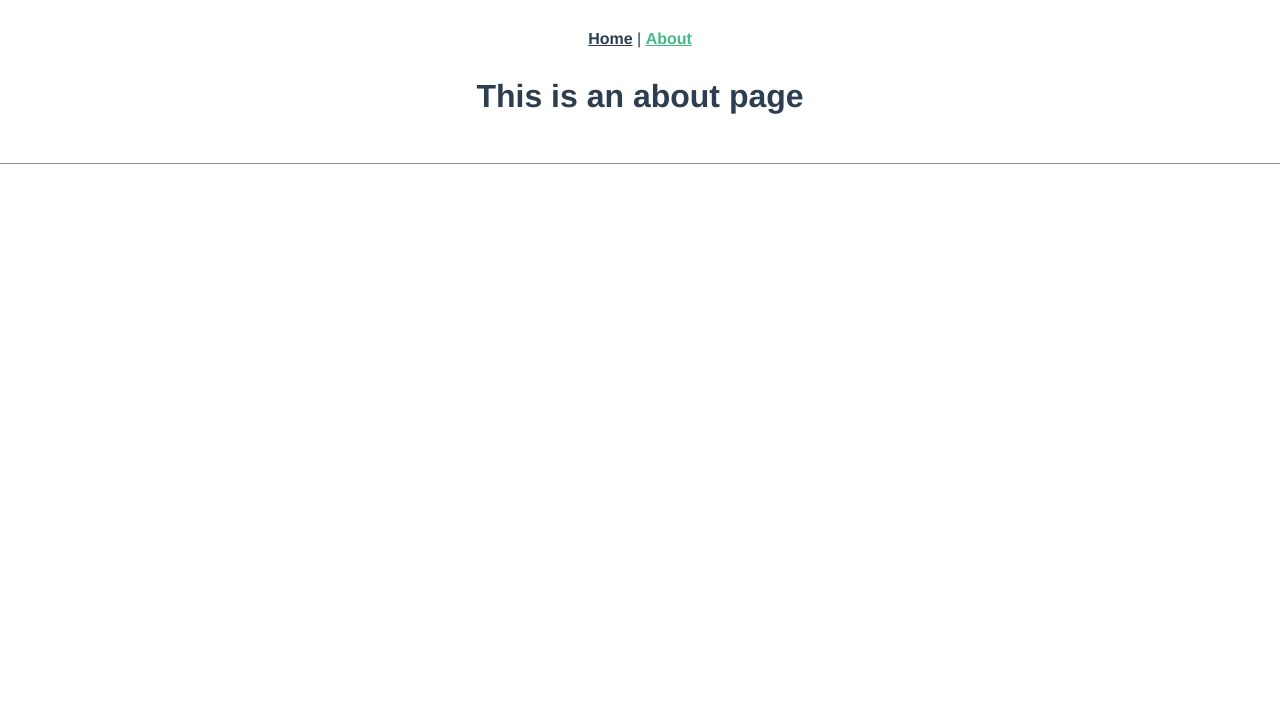
Repository: naotoshi-ikeda-creater/rails_vue
Page: /about (app in frontend/)
The author's editor kept a copy of each file at every save. The page is drawn from the files as they stood at one save, then again after the next save.
The browser window is 1280 px wide. The pictures show the whole page.
The page's requests for data from a server got no answer. The project was rebuilt for these pictures with package versions that can differ from the ones it lists, and the page was loaded fresh each time. No one was signed in, and anything a server would have sent is missing. Also part of the build but not shown: frontend/src/components/HelloWorld.vue, frontend/src/views/Home.vue.

Above is the page before, as saved 2020-03-05 23:05:54.

### frontend/src/main.js
import Vue from "vue";
import App from "./App.vue";
import router from "./router";
import store from "./store";
import Vuetify from "vuetify";
import "vuetify/dist/vuetify.min.css";

Vue.use(Vuetify); // 追加
const vuetify = new Vuetify(); // 追加

Vue.config.productionTip = false;

new Vue({
  router,
  store,
  vuetify,
  render: h => h(App)
}).$mount("#app");

### frontend/src/views/About.vue
<template>
  <div class="about">
    <h1>This is an about page</h1>

    <v-text-field v-model="input"></v-text-field>
    {{ input }}
  </div>
</template>

<script>
export default {
  data() {
    return {
      input: ""
    };
  }
};
</script>

Loaded but not shown: frontend/public/index.html (common file); frontend/src/App.vue (common file); frontend/src/router/index.js (common file); frontend/src/store/index.js (common file)

After the next save:
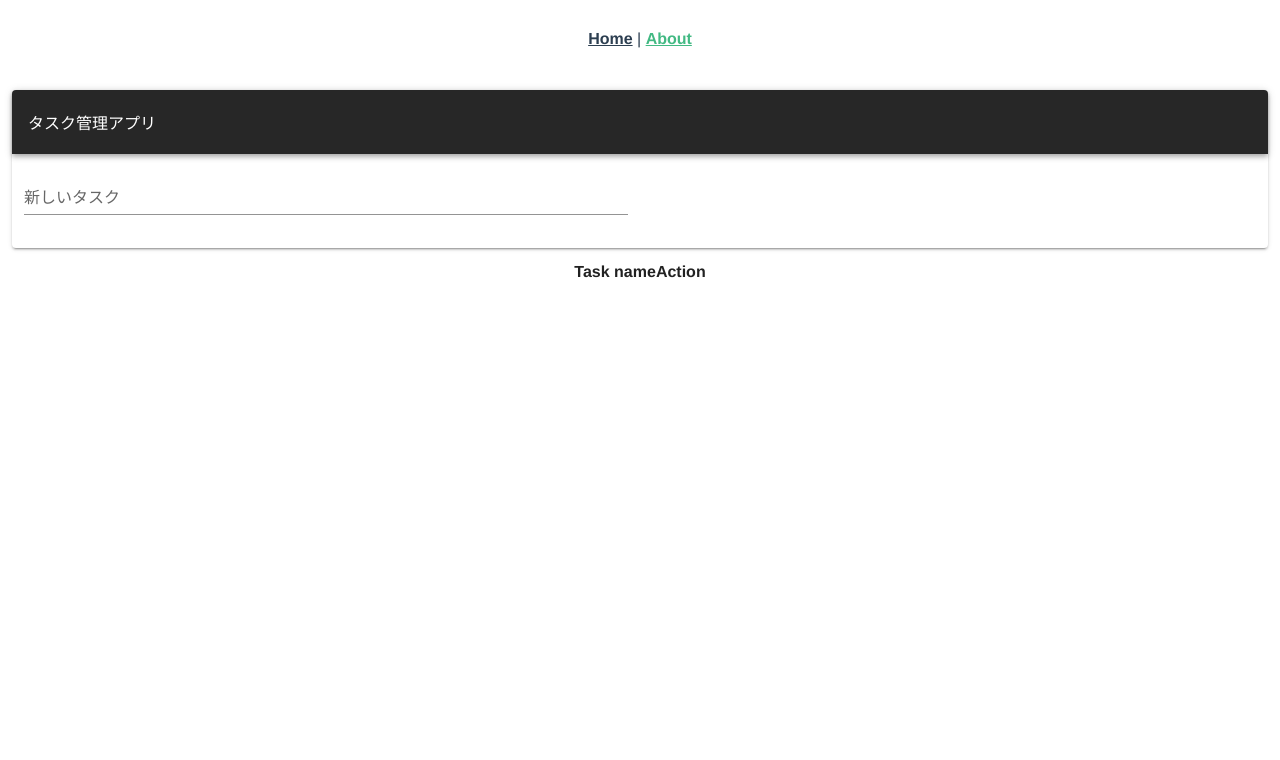
Saved 30 s later.
--- a/frontend/src/views/About.vue
+++ b/frontend/src/views/About.vue
@@ -1,18 +1,133 @@
 <template>
-  <div class="about">
-    <h1>This is an about page</h1>
+  <div>
+    <v-container fluid>
+      <v-row justify="center">
+        <v-col>
+          <v-card>
+            <v-app-bar color="grey" dark>
+              <v-tool-title>
+                タスク管理アプリ
+              </v-tool-title>
+            </v-app-bar>
+            <v-form
+              v-on:submit.prevent="postTask"
+              ref="listform"
+              lazy-validation
+            >
+              <v-container fluid class="pa-1">
+                <v-row>
+                  <v-col cols="6">
+                    <v-text-field
+                      clearable
+                      label="新しいタスク"
+                      v-model="newTask"
+                    >
+                    </v-text-field>
+                    <p>{{ message }}</p>
+                  </v-col>
+                </v-row>
+              </v-container>
+            </v-form>
+          </v-card>
+        </v-col>
+      </v-row>
+    </v-container>
+    <v-simple-table fixed-header height="500px">
+      <template v-slot:default>
+        <thread>
+          <tr class="font-weight-bold " align="center">
+            <th class="text-left">Task name</th>
+            <th class="text-left">Action</th>
+          </tr>
+        </thread>
 
-    <v-text-field v-model="input"></v-text-field>
-    {{ input }}
+        <tbody id="dragTable">
+          <draggable v-model="tasks" tag="tbody">
+            <tr v-for="task in tasks" :key="task">
+              <td>{{ task.name }}</td>
+              <td>
+                <v-btn icon>
+                  <v-icon v-on:click="deleteTask(task.id)">delete</v-icon>
+                </v-btn>
+              </td>
+            </tr>
+          </draggable>
+        </tbody>
+      </template>
+    </v-simple-table>
   </div>
 </template>
 
 <script>
+import draggable from "vuedraggable";
+import axios from "axios";
+const hostName = "localhost:3000";
+const path = "/api/tasks";
+
 export default {
+  components: {
+    draggable
+  },
   data() {
     return {
-      input: ""
+      newTask: "",
+      tasks: [],
+      message: ""
     };
+  },
+  methods: {
+    getTasks: function() {
+      axios
+        .get(`http://${hostName}${path}`)
+        .then(response => {
+          this.tasks = response.data;
+        })
+        .catch(function(error) {
+          console.log(error);
+        });
+    },
+    postTask: function() {
+      if (!this.newTask) {
+        return (this.message = "タスク名を1文字以上入力してください");
+      } else {
+        axios
+          .post(`http://${hostName}${path}`, `task[name]=${this.newTask}`)
+          .then(response => {
+            this.getTasks();
+            this.newTask = "";
+          })
+          .catch(function(error) {
+            console.log(error);
+          });
+      }
+      this.message = "";
+    },
+    deleteTask: function(id) {
+      axios
+        .delete(`http://${hostName}${path}/${id}`)
+        .then(response => {
+          this.getTasks();
+        })
+        .catch(function(error) {
+          console.log(error);
+        });
+    }
+  },
+  mounted: function() {
+    this.getTasks();
   }
 };
 </script>
+
+<style lang="scss">
+tbody tr:nth-of-type(even) {
+  background-color: rgba(0, 0, 0, 0.01);
+}
+tbody tr:nth-of-type(odd) {
+  background-color: rgba(0, 0, 0, 0.05);
+}
+p {
+  font-size: 20px;
+  color: red;
+}
+</style>
